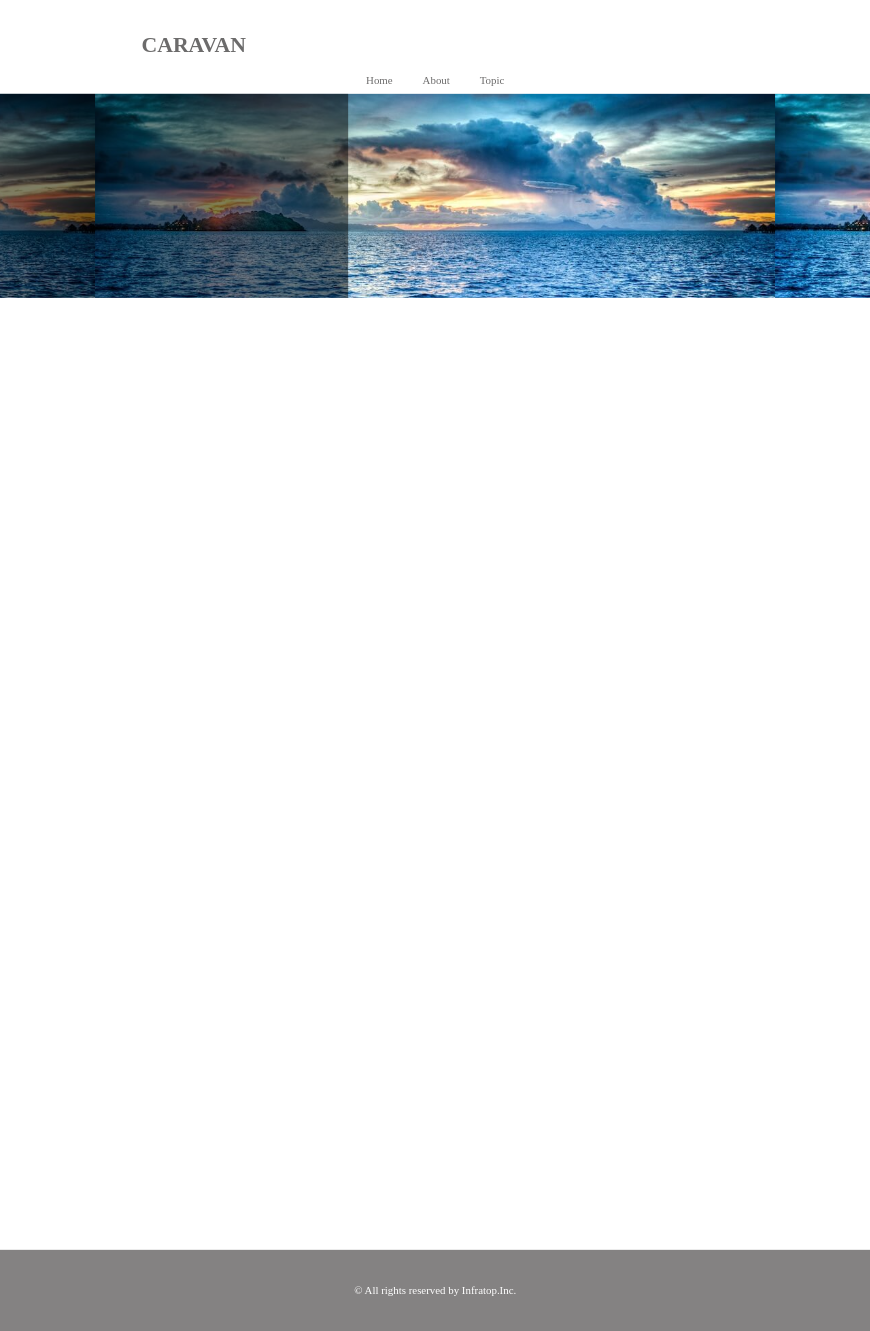
Repository: takanauti/task
Page: caravan/index.html
The author's editor kept a record of every edit. The page is drawn from the files as they stood at one moment, then again after the next edit.
The browser window is 1280 px wide. The pictures show the whole page, at 68% of full size.

Above is the page before.

### caravan/index.html
<!DOCTYPE html>
<html lang="ja">
  <head>
    <meta charset="UTF-8" />
    <!-- CSSファイルの読み込み -->
    <link rel="stylesheet" href="style.css" />
    <title>CARAVAN</title>
  </head>

  <body>
    <!--header-->
    <header>


　　 <h1 class="heading">
　　   <a href="index.html">
　　  CARAVAN
　　  </a>
　　 </h1>
    </header>

    <nav>
     <ul class="nav-list">
       <li class="nav-list-item">
         <a href="index.html">Home</a>
       </li>
       <li class="nav-list-item">About</li>
       <li class="nav-list-item">Topic</li>
     </ul>
    </nav>


        <!-- main-visual用のdiv -->
    <div class="main-visual">
    <div class="main-visual-content"></div>

    </div>

      <!-- main用のdiv -->
    <div class="main">
       <div class="blog"></div>
      <div class="sidebar"></div>
    </div>
    <!--footer-->
    <footer>
    <p class="footer-text">© All rights reserved by Infratop.Inc.</p>
    </footer>

    </body>
</html>

### caravan/style.css
/* ブラウザがそれぞれ持っているCSSをリセットするための記述 */
* {
  margin: 0;
  padding: 0;
  box-sizing: border-box;
  color: #6c6b6b;
}

a{
  text-decoration: none;
}

header {
  width: 90%; /* 横幅90% */
  padding: 15px 0;
  margin: 0 auto;
}

header .heading{
  font-size:32px;
}

.nav-list{
  text-align:center;
  padding:10px 0;
  margin:0 auto;
}

.nav-list-item{
  list-style:none;
  display:inline-block;
  margin:0 20px;
}

.main-visual {
  width: 100%; /* 横幅いっぱい */
  height: 300px; /* 高さ300px */
  background-image:url(img/mv.jpg);
  backgroung-size:cover;
  background-position: center;
}

.main-visual-content {
  width: 40%;
  height: 300px; /* 親の高さに揃える*/
  background-color:rgba(0,0,0,0.5);
  text-align: center;
  padding-top: 105px;
}

.main-visual-text{
  color: #fff;
}

.main-visual-name{
  margin-top: 30px;
  color: #fff;
}

.main {
  width: 840px; /* 横幅840px */
  display: flex; /* Flexboxの利用 */
  justify-content: center; /* 要素の横並び・中央寄せ */
  margin: 0 auto; /* 中央寄せ（左右に余白がないとできない） */
}


.blog {
  width: 600px; /* 横幅600px */
  height: 1400px; /* 高さ600px */
}

.sidebar {
  width: 240px; /* 横幅240px */
  height: 1400px; /* 高さ600px */
}

footer {
  width: 100%; /* 横幅いっぱい */
  height: 120px; /* 高さ120px */
  text-align: center;
  line-height: 120px;
  background-color: #848282
}

.footer-text{
  color:#fff;
}

After the next edit:
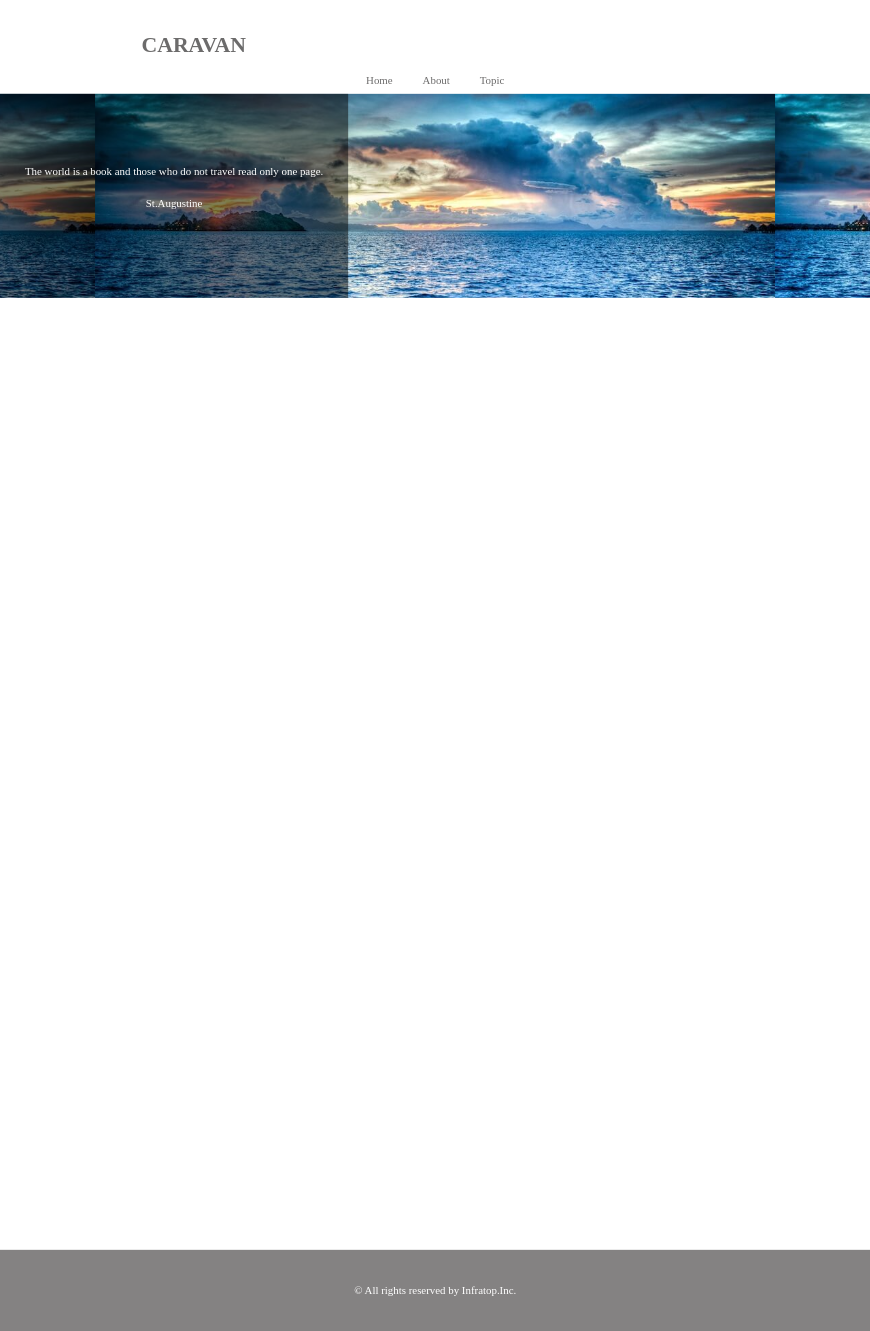
The edit:
--- a/caravan/index.html
+++ b/caravan/index.html
@@ -32,7 +32,14 @@
 
         <!-- main-visual用のdiv -->
     <div class="main-visual">
-    <div class="main-visual-content"></div>
+    <div class="main-visual-content">
+      <p class="main-visual-text">
+        The world is a book and those who do not travel read only one page.
+      </p>
+      <p class="main-visual-name">
+        St.Augustine
+      </p>
+    </div>
 
     </div>
 
